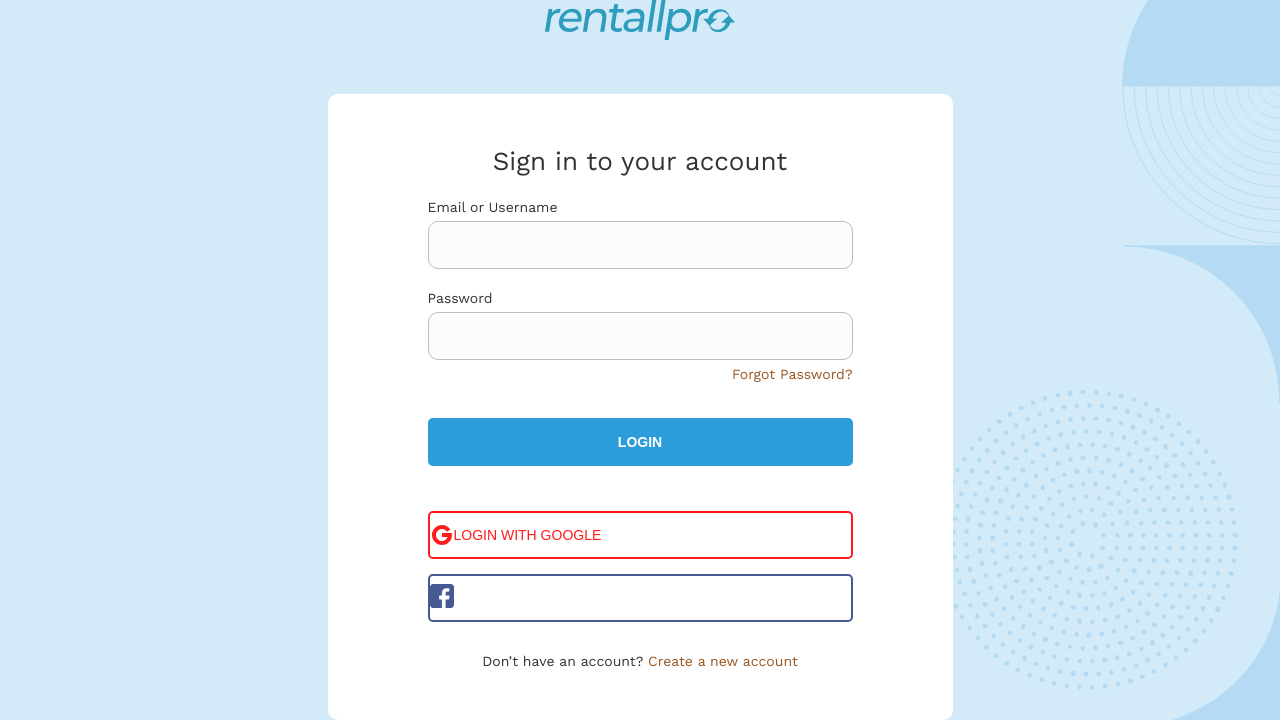
Repository: RentallPro/rentallpro-frontend
Page: /
An editor plug-in stored every save of this project. The page is shown before and after the next save, followed by the edit.
The browser window is 1280 px wide. The pictures show the whole page.
The project was rebuilt for these pictures with package versions that can differ from the ones it lists, and the page was loaded fresh each time.

Above is the page before, as saved 2020-12-09 22:27:13.

### public/index.html
<!DOCTYPE html>
<html lang="en">
  <head>
    <meta charset="utf-8">
    <meta http-equiv="X-UA-Compatible" content="IE=edge">
    <meta name="viewport" content="width=device-width,initial-scale=1.0">
    <link rel="icon" href="<%= BASE_URL %>favicon.ico">
    <link href="https://fonts.googleapis.com/css?family=Work+Sans&display=swap" rel="stylesheet">
    <title><%= htmlWebpackPlugin.options.title %></title>
  </head>
  <body>
    <noscript>
      <strong>We're sorry but <%= htmlWebpackPlugin.options.title %> doesn't work properly without JavaScript enabled. Please enable it to continue.</strong>
    </noscript>
    <div id="app"></div>
    <!-- built files will be auto injected -->
  </body>
</html>

### src/App.vue
<template>
  <div id="app">
    <router-view/>
  </div>
</template>

<style lang="scss">
* {
  margin: 0;
  padding: 0;
  box-sizing: border-box;
}
#app {
  font-family: 'Work Sans', sans-serif;
}
button {
  cursor: pointer;
}
</style>

### src/router/index.js
import Vue from 'vue'
import VueRouter from 'vue-router'
import Home from '../views/Home/Home.vue'

Vue.use(VueRouter)

const routes = [
  {
    path: '/',
    name: 'Home',
    component: Home
  },
  {
    path: '/about',
    name: 'About',
    // route level code-splitting
    // this generates a separate chunk (about.[hash].js) for this route
    // which is lazy-loaded when the route is visited.
    component: () => import(/* webpackChunkName: "about" */ '../views/About.vue')
  }
]

const router = new VueRouter({
  mode: 'history',
  base: process.env.BASE_URL,
  routes
})

export default router

### src/views/Home/Home.vue
<template>
  <div class="home">
    <div class="form-container">
      <div class="logo"><img src="@/assets/logo.svg" alt="logo"></div>
      <div class="form-wrapper">
        <h3 class="form-title">Sign in to your account</h3>
        <div class="input">
          <label for="Email">Email or Username</label>
          <input type="text">
        </div>
        <div class="input">
          <label for="password">Password</label>
          <input type="password">
          <p>Forgot Password?</p>
        </div>
        <button class="login-button button">
          LOGIN
        </button>
        <div class="social-buttons">
          <button class="google-button button">
            <svg width="24" height="24" viewBox="0 0 24 24" fill="none" xmlns="http://www.w3.org/2000/svg">
              <path d="M6 12C6 15.3137 8.68629 18 12 18C14.6124 18 16.8349 16.3304 17.6586 14H12V10H21.8047V14H21.8C20.8734 18.5645 16.8379 22 12 22C6.47715 22 2 17.5228 2 12C2 6.47715 6.47715 2 12 2C15.445 2 18.4831 3.742 20.2815 6.39318L17.0039 8.68815C15.9296 7.06812 14.0895 6 12 6C8.68629 6 6 8.68629 6 12Z" fill="#FF1B1B"/>
            </svg>
            <span>LOGIN WITH GOOGLE</span>
          </button>
          <button class="facebook-button button">
            <div class="login-with-social">
              <svg width="24" height="24" viewBox="0 0 24 24" fill="none" xmlns="http://www.w3.org/2000/svg">
                <path d="M20.7657 0H3.23405C1.44797 0 0 1.44791 0 3.23405V20.7658C0 22.552 1.44791 23.9999 3.23405 23.9999H11.8806L11.8953 15.4236H9.66721C9.37765 15.4236 9.14264 15.1895 9.14152 14.8999L9.13084 12.1354C9.12972 11.8443 9.36544 11.6077 9.65659 11.6077H11.8806V8.93651C11.8806 5.83661 13.7739 4.14869 16.5392 4.14869H18.8083C19.0986 4.14869 19.3341 4.38406 19.3341 4.67444V7.00547C19.3341 7.29573 19.0988 7.53104 18.8086 7.53122L17.4161 7.53187C15.9122 7.53187 15.621 8.24648 15.621 9.29522V11.6078H18.9255C19.2404 11.6078 19.4847 11.8827 19.4476 12.1954L19.1199 14.9599C19.0885 15.2244 18.8642 15.4237 18.5978 15.4237H15.6357L15.621 24H20.7658C22.5519 24 23.9998 22.5521 23.9998 20.766V3.23405C23.9998 1.44791 22.5519 0 20.7657 0Z" fill="#475993"/>
              </svg>
              <span>LOGIN WITH FACEBOOK</span>
            </div>
          </button>
        </div>
        <p class="option">Don’t have an account? <span>Create a new account</span></p>
      </div>
    </div>
  </div>
</template>

<script>
// @ is an alias to /src

export default {
  name: 'Home',
  components: {
  }
}
</script>

<style lang="scss" src="./Home.scss" scoped></style>

### src/views/Home/Home.scss
.home {
    background: #D3EAF8;
    background-image: url(../../assets/Patern.svg);
    background-repeat: no-repeat;
    background-position-y: top;
    background-position-x: right;
    width: 100%;
    height: 100vh;
    .form-container {
        max-width: 625px;
        display: block;
        margin: auto;
        .button {
            height: 48px;
            width: 100%;
            border-radius: 5px;
            font-size: 14px;
            line-height: 18px;
        }
        .logo {
            text-align: center;
        }
        .form-wrapper {
            width: 100%;
            padding: 50px 100px;
            background: #FFFFFF;
            border-radius: 10px;
            margin-top: 50px;
            .form-title {
                font-style: normal;
                font-weight: 500;
                font-size: 26px;
                line-height: 34px;
                color: #333333;
                text-align: center;
            }
            .input {
                display: flex;
                flex-direction: column;
                margin-top: 20px;
                label {
                    font-style: normal;
                    font-weight: normal;
                    font-size: 14px;
                    line-height: 18px;
                    color: #333333;
                }
                input {
                    height: 48px;
                    background: #FCFCFC;
                    border: 1px solid #BDBDBD;
                    border-radius: 10px;
                    margin-top: 5px;
                }
                p {
                    font-weight: normal;
                    font-size: 14px;
                    line-height: 18px;
                    color: #995620;
                    text-align: right;
                    margin-top: 5px;
                }
            }
            .login-button {
                background: #2D9CDB;
                border: 2px solid #2D9CDB;
                font-style: normal;
                font-weight: bold;
                color: #FFFFFF;
                margin-top: 35px;
            }
            .social-buttons {
                margin-top: 45px;
                .login-with-social {
                    color: #FFFFFF;
                }
                .google-button {
                    display: flex;
                    align-items: center;
                    color: #FF1B1B;
                    border: 2px solid #FF1B1B;
                    font-weight: 500;
                    background-color: #FFFFFF;
                }
                .facebook-button {
                    display: flex;
                    align-items: center;
                    color: #475993;
                    border: 2px solid #475993;
                    background-color: #FFFFFF;
                    font-weight: 500;
                    margin-top: 15px;
                }
            }
            .option {
                font-style: normal;
                font-weight: normal;
                font-size: 14px;
                line-height: 18px;
                color: #333333;
                text-align: center;
                margin-top: 30px;
                span {
                    color: #995620;
                }
            }
        }
    }
}
@media screen and (max-width: 768px) {
    .home {
        background-image: none;
        height: auto;
        background-color: #FFFFFF;
        .form-container {
            padding-top: 75px;
            .logo {
                img {
                    height: 24px;
                }
            }
            .form-wrapper {
                padding: 20px;
            }
        }
    }
}

Loaded but not shown: src/main.js (common file); src/store/index.js (common file)

After the next save:
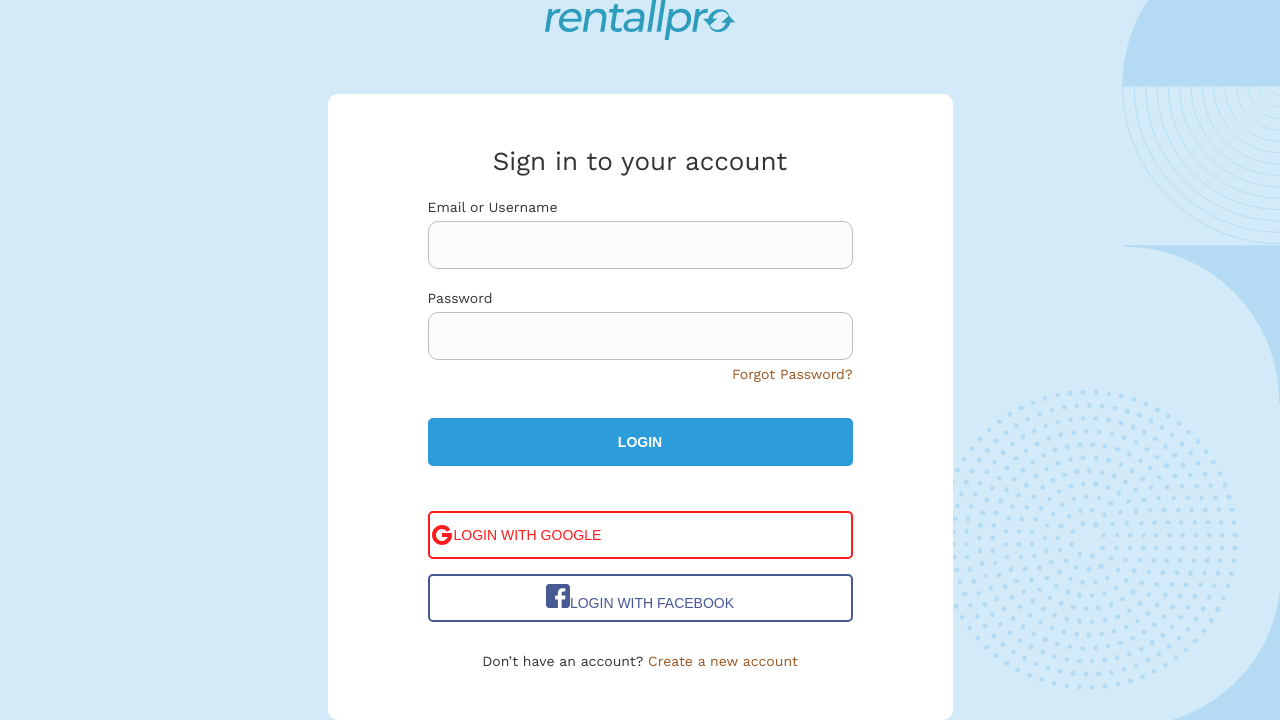
Saved 25 s later.
--- a/src/views/Home/Home.scss
+++ b/src/views/Home/Home.scss
@@ -72,7 +72,8 @@
             .social-buttons {
                 margin-top: 45px;
                 .login-with-social {
-                    color: #FFFFFF;
+                    display: block;
+                    margin: auto;
                 }
                 .google-button {
                     display: flex;
